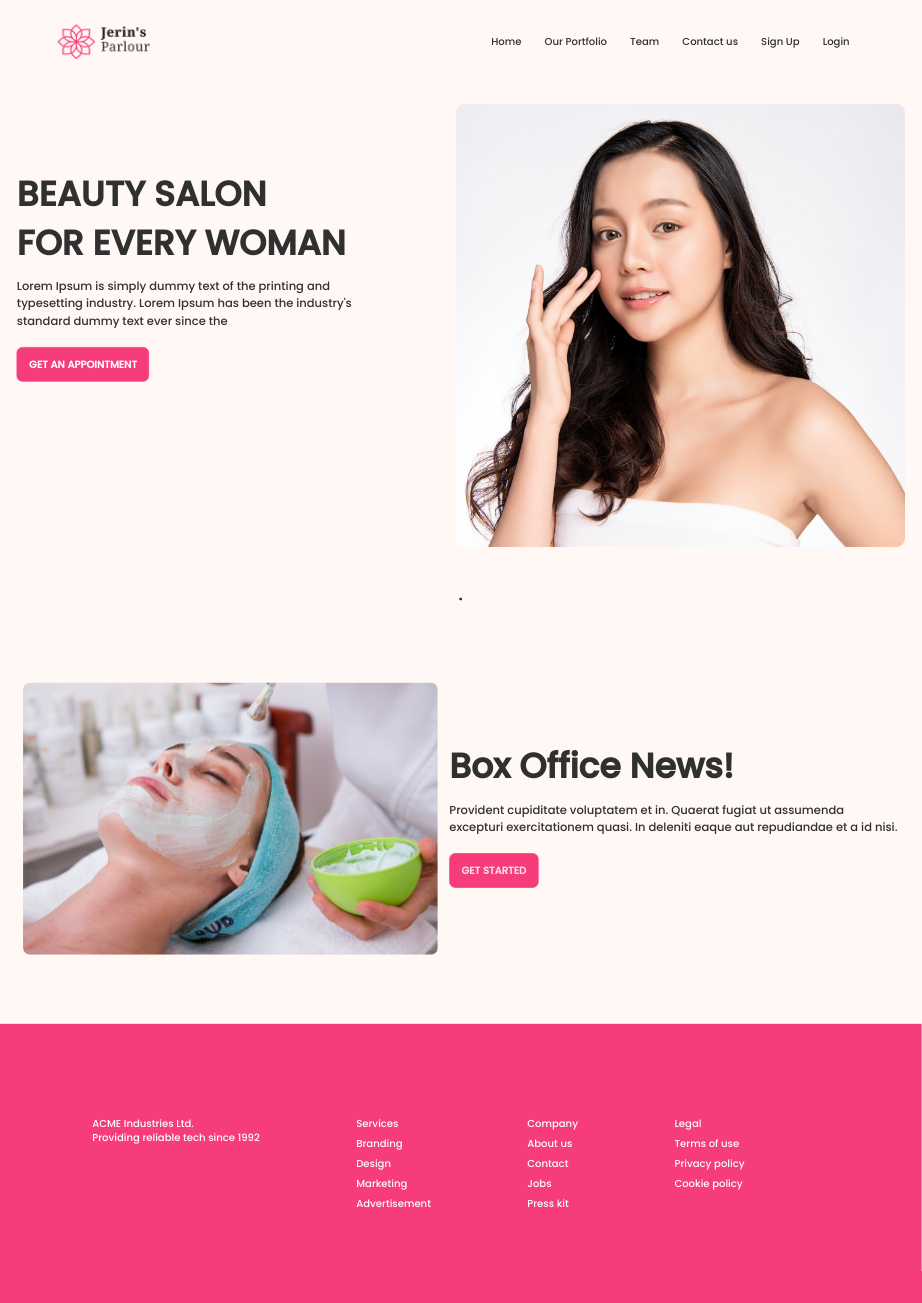
Repository: Wahid137/jerins-parlour-client
Page: /
These files come from the project's save history. The page is drawn as it stood at one moment and after the next save; the edit follows.
The browser window is 1280 px wide. The pictures show the whole page, at 72% of full size.
The page's requests for data from a server got no answer. The project was rebuilt for these pictures with package versions that can differ from the ones it lists, and the page was loaded fresh each time. No one was signed in, and anything a server would have sent is missing. Also part of the build but not shown: src/App.css, src/Pages/Home/Services/ServicesCard.js.

Above is the page before, as saved 2023-07-16 04:11:25.

After the next save:
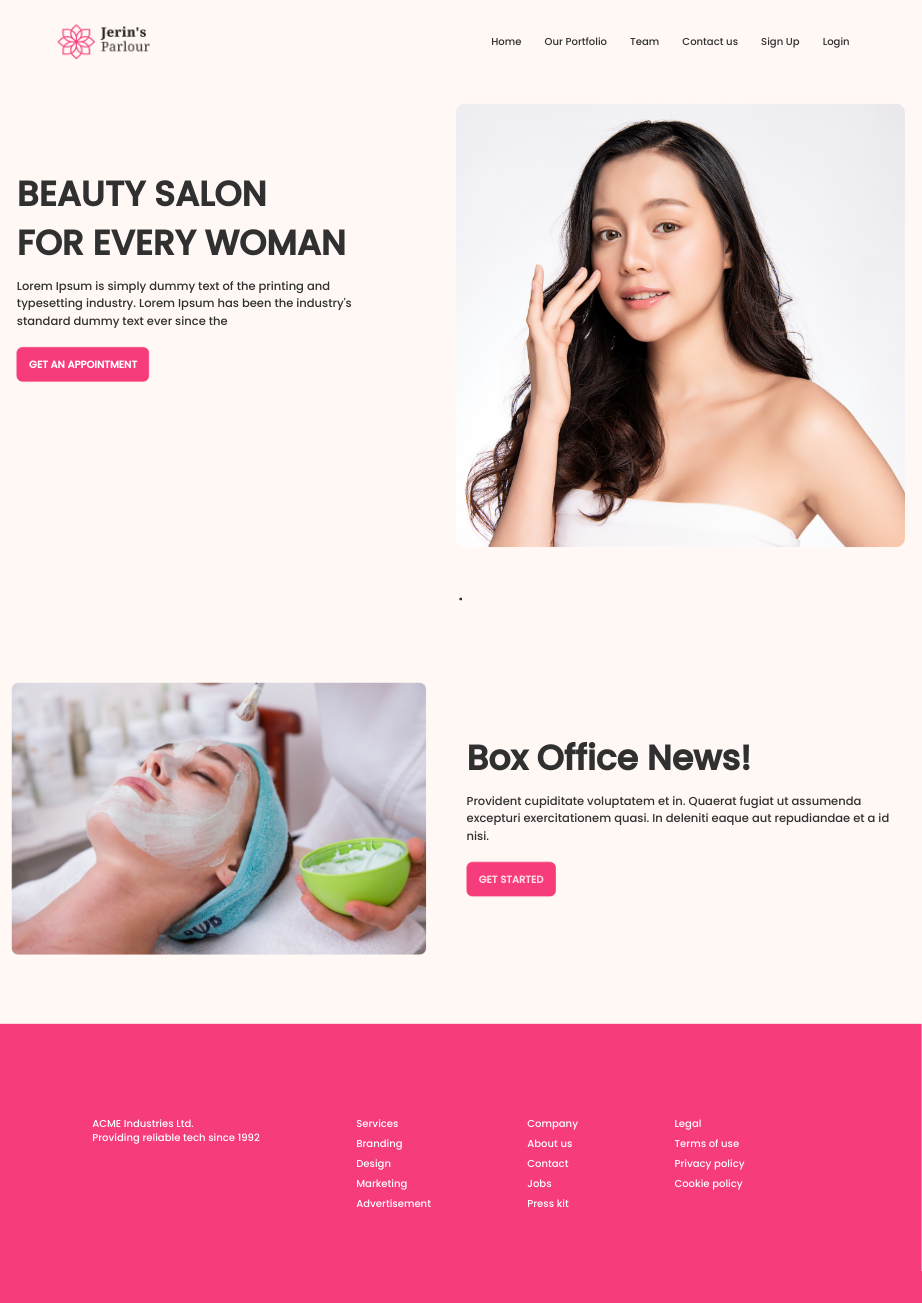
Saved 17 s later.
--- a/src/Pages/Home/Screen/Screen.js
+++ b/src/Pages/Home/Screen/Screen.js
@@ -6,7 +6,7 @@ const Screen = () => {
         <div className="hero py-20 bg-secondary">
             <div className="hero-content flex-col lg:flex-row">
                 <img src={face} className="max-w-xl rounded-lg" alt="" />
-                <div className='lg:w-1/2'>
+                <div className='lg:w-1/2 ms-10'>
                     <h1 className="text-5xl font-bold">Box Office News!</h1>
                     <p className="py-6">Provident cupiditate voluptatem et in. Quaerat fugiat ut assumenda excepturi exercitationem quasi. In deleniti eaque aut repudiandae et a id nisi.</p>
                     <button className="btn btn-primary">Get Started</button>
